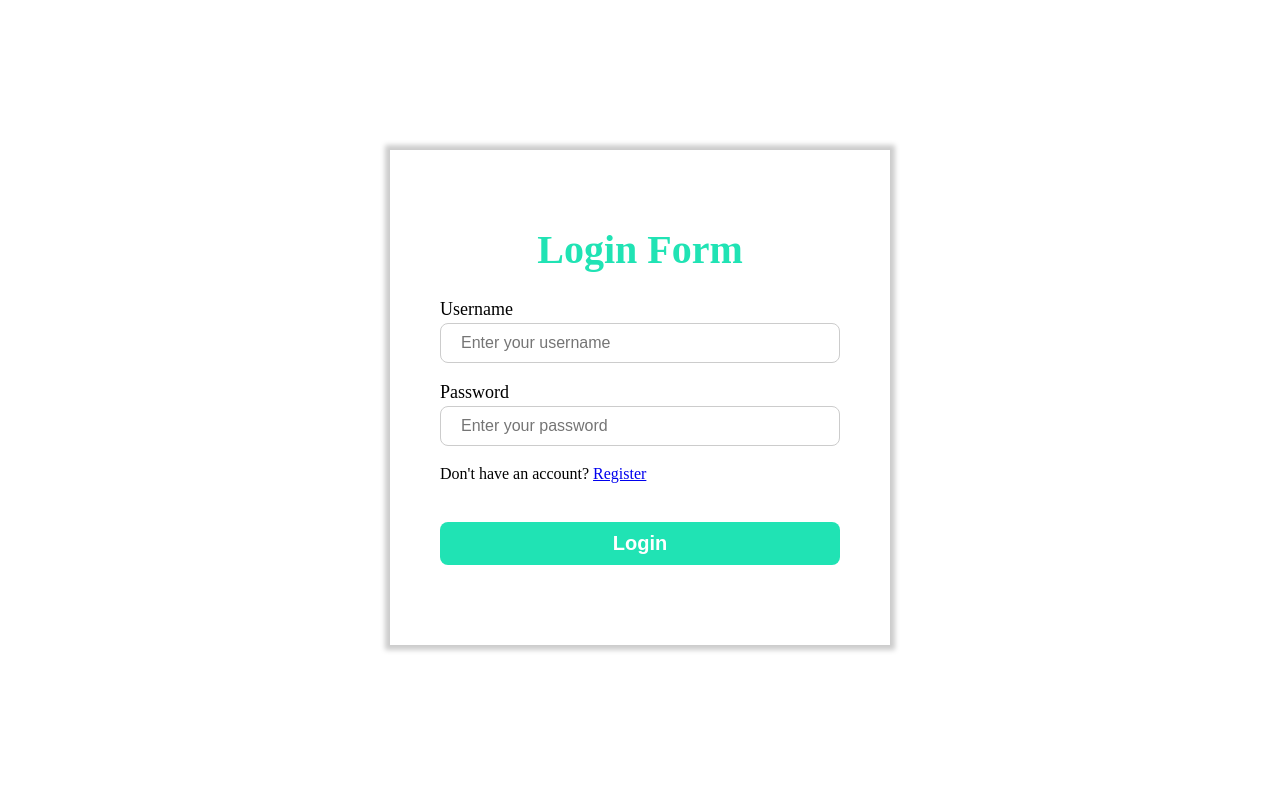
Repository: Trung0810/btl_cnpm_fe
Page: /
The author's editor kept a copy of each file at every save. The page is drawn from the files as they stood at one save, then again after the next save.
The browser window is 1280 px wide. The pictures show the whole page.
The project was rebuilt for these pictures with package versions that can differ from the ones it lists, and the page was loaded fresh each time. Also part of the build but not shown: src/components/header/header.css, src/components/header/Header.js, src/components/footer/Footer.css, src/components/footer/Footer.js, src/components/shoes_list/ShoesCard.css, src/components/shoes_list/ShoesCard.js, src/components/shoes_list/ShoesList.css, src/components/shoes_list/ShoesList.js and 14 more.

Above is the page before, as saved 2026-03-31 09:29:44.

### public/index.html
<!doctype html>
<html lang="en">
  <head>
    <meta charset="utf-8" />
    <link rel="icon" href="%PUBLIC_URL%/favicon.ico" />
    <meta name="viewport" content="width=device-width, initial-scale=1" />
    <meta name="theme-color" content="#000000" />
    <meta
      name="description"
      content="Web site created using create-react-app"
    />
    <link rel="apple-touch-icon" href="%PUBLIC_URL%/logo192.png" />
    <!--
      manifest.json provides metadata used when your web app is installed on a
      user's mobile device or desktop. See https://developers.google.com/web/fundamentals/web-app-manifest/
    -->
    <link rel="manifest" href="%PUBLIC_URL%/manifest.json" />
    <!--
      Notice the use of %PUBLIC_URL% in the tags above.
      It will be replaced with the URL of the `public` folder during the build.
      Only files inside the `public` folder can be referenced from the HTML.

      Unlike "/favicon.ico" or "favicon.ico", "%PUBLIC_URL%/favicon.ico" will
      work correctly both with client-side routing and a non-root public URL.
      Learn how to configure a non-root public URL by running `npm run build`.
    -->
    <link rel="preconnect" href="https://fonts.googleapis.com" />
    <link rel="preconnect" href="https://fonts.gstatic.com" crossorigin />
    <link
      href="https://fonts.googleapis.com/css2?family=DM+Sans:ital,opsz,wght@0,9..40,100..1000;1,9..40,100..1000&family=Oswald:wght@200..700&display=swap"
      rel="stylesheet"
    />
    <title>React App</title>
  </head>
  <body>
    <noscript>You need to enable JavaScript to run this app.</noscript>
    <div id="root"></div>
    <!--
      This HTML file is a template.
      If you open it directly in the browser, you will see an empty page.

      You can add webfonts, meta tags, or analytics to this file.
      The build step will place the bundled scripts into the <body> tag.

      To begin the development, run `npm start` or `yarn start`.
      To create a production bundle, use `npm run build` or `yarn build`.
    -->
  </body>
</html>

### src/index.js
import React from "react";
import ReactDOM from "react-dom/client";
import App from "./App";
import reportWebVitals from "./reportWebVitals";
import "./index.css";
import "./reset.css";
import "@fortawesome/fontawesome-free/css/all.min.css";

const root = ReactDOM.createRoot(document.getElementById("root"));
root.render(
  <React.StrictMode>
    <App />
  </React.StrictMode>,
);

// If you want to start measuring performance in your app, pass a function
// to log results (for example: reportWebVitals(console.log))
// or send to an analytics endpoint. Learn more: https://bit.ly/CRA-vitals
reportWebVitals();

### src/App.js
import { Fragment } from "react";
import Header from "./components/header/Header";
import Footer from "./components/footer/Footer";
import HomePage from "./components/home_page/HomePage";
import ShoesPage from "./components/shoes_page/ShoesPage";
import LoginForm from "./components/login_form/LoginForm";
import "./App.css";

function App() {
  return (
    <Fragment>
      {/* <Header></Header>
      <HomePage></HomePage>
      <ShoesPage></ShoesPage>
      <Footer></Footer> */}
      <LoginForm></LoginForm>
    </Fragment>
  );
}

export default App;

### src/index.css
body {
  margin: 0;
  font-family:
    -apple-system, BlinkMacSystemFont, "Segoe UI", "Roboto", "Oxygen", "Ubuntu",
    "Cantarell", "Fira Sans", "Droid Sans", "Helvetica Neue", sans-serif;
  -webkit-font-smoothing: antialiased;
  -moz-osx-font-smoothing: grayscale;
  font-family: "DM Sans", sans-serif;
}
body::-webkit-scrollbar {
  display: none;
}
code {
  font-family:
    source-code-pro, Menlo, Monaco, Consolas, "Courier New", monospace;
}
* {
  box-sizing: border-box;
}

### src/components/login_form/LoginForm.js
import React from "react";
import { useForm } from "react-hook-form";
import { yupResolver } from "@hookform/resolvers/yup";
import * as yup from "yup";
import "./LoginForm.css";

const LoginForm = () => {
  const schema = yup.object({
    username: yup
      .string()
      .required("Please enter your username!")
      .min(8, "Must be at least 8 characters!")
      .max(16, "Must be at most 16 characters!"),
    password: yup.string().required("Please enter your password!"),
  });

  const {
    register,
    handleSubmit,
    formState: { errors, isValid },
  } = useForm({
    mode: "onChange",
    resolver: yupResolver(schema),
  });

  const submit = (values) => {
    console.log(values);
  };

  return (
    <form className="login-form" onSubmit={handleSubmit(submit)}>
      <h2 className="login-form-title">Login Form</h2>
      <div className="login-form-wrapper">
        <label htmlFor="username">Username</label>
        <input
          type="text"
          id="username"
          className="login-form-input"
          placeholder="Enter your username"
          {...register("username")}
        />
        {errors.username && (
          <div className="login-form-error">{errors.username.message}</div>
        )}
      </div>
      <div className="login-form-wrapper">
        <label htmlFor="password">Password</label>
        <input
          type="text"
          id="password"
          className="login-form-input"
          placeholder="Enter your password"
          {...register("password")}
        />
        {errors.password && (
          <div className="login-form-error">{errors.password.message}</div>
        )}
      </div>
      <div className="login-form-option">
        <p>
          Don't have an account? <a href="#">Register</a>
        </p>
      </div>
      <button
        type="submit"
        className="login-form-button"
        style={{ pointerEvents: isValid ? "" : "none" }}
      >
        Login
      </button>
    </form>
  );
};

export default LoginForm;

### src/App.css
input {
  display: block;
  font-size: 16px;
  font-weight: 500;
  padding: 10px 20px;
  border: 1px solid #ccc;
  border-radius: 8px;
  outline: none;
}
button {
  display: block;
  width: 200px;
  padding: 10px 30px;
  font-size: 24px;
  font-weight: 500;
  border-radius: 8px;
  border: none;
  outline: none;
  cursor: pointer;
}

### src/components/login_form/LoginForm.css
.login-form {
  width: 500px;
  padding: 80px 50px;
  margin: 150px auto;
  box-shadow: 0 0 5px 5px #ccc;
}
.login-form-title {
  font-size: 40px;
  font-weight: bold;
  color: #20e3b4;
  text-align: center;
  margin-bottom: 30px;
}
.login-form-wrapper {
  display: flex;
  flex-direction: column;
  row-gap: 5px;
  margin-bottom: 20px;
}
.login-form-wrapper label {
  font-size: 18px;
  font-weight: 500;
}
.login-form-input {
  width: 100%;
}
.login-form-error {
  font-weight: 500;
  color: #de4242;
}
.login-form-option {
  font-size: 16px;
}
.login-form-button {
  width: 100%;
  background-color: #20e3b4;
  font-size: 20px;
  font-weight: bold;
  color: #fff;
  margin-top: 40px;
}

Loaded but not shown: src/reportWebVitals.js (common file); src/reset.css (common file)

After the next save:
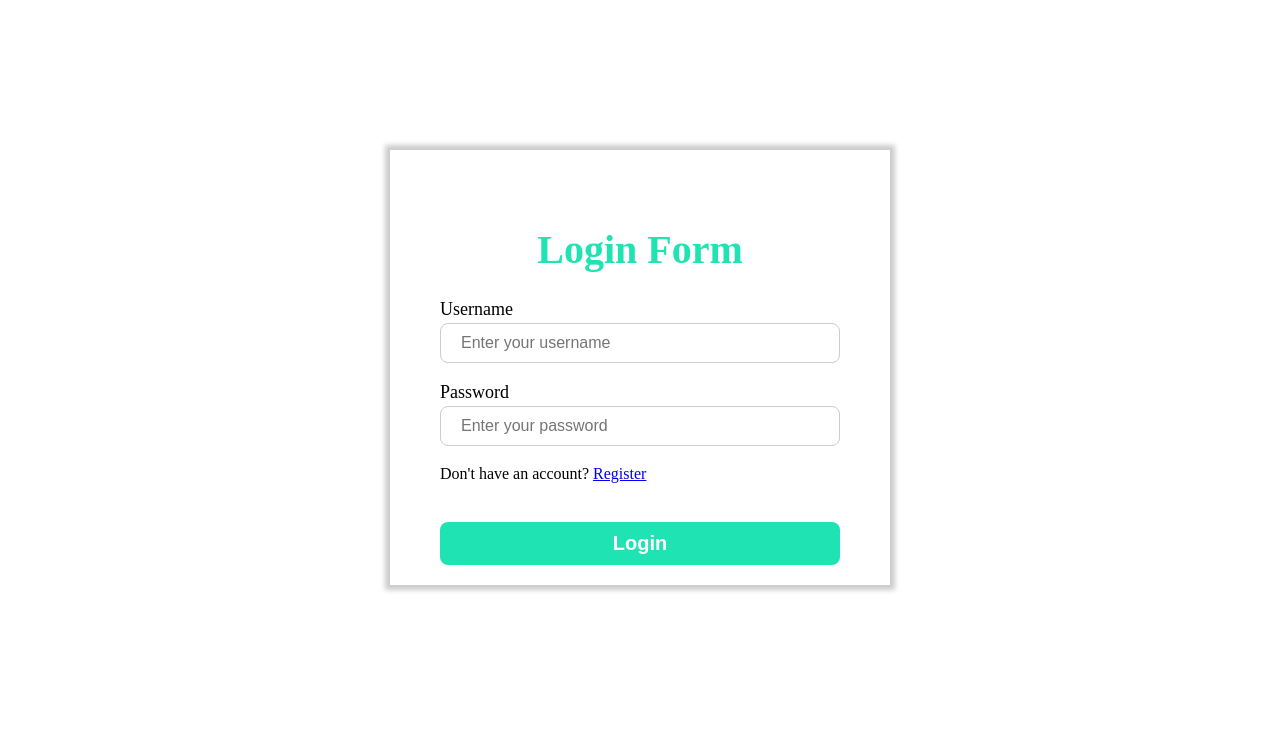
Saved 14 s later.
--- a/src/components/login_form/LoginForm.css
+++ b/src/components/login_form/LoginForm.css
@@ -1,6 +1,6 @@
 .login-form {
   width: 500px;
-  padding: 80px 50px;
+  padding: 80px 50px 20px;
   margin: 150px auto;
   box-shadow: 0 0 5px 5px #ccc;
 }
